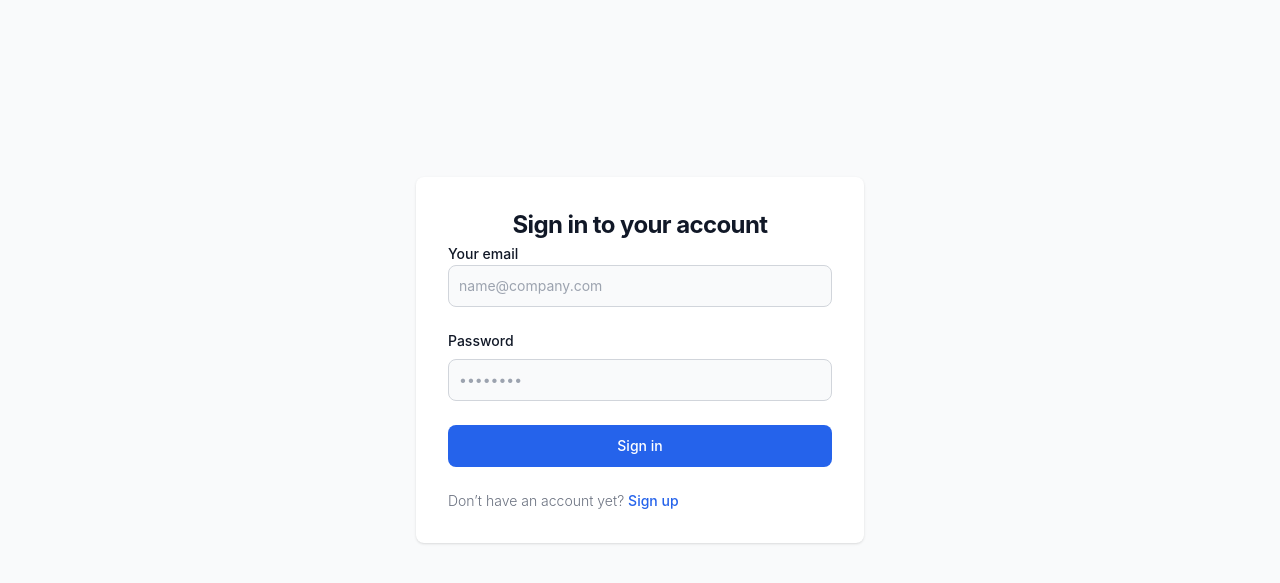
Repository: Than-sothearak/news-today
Page: /login (app in client/)
The author's editor kept a copy of each file at every save. The page is drawn from the files as they stood at one save, then again after the next save.
The browser window is 1280 px wide. The pictures show the whole page.
The project was rebuilt for these pictures with package versions that can differ from the ones it lists, and the page was loaded fresh each time. Also part of the build but not shown: client/vite.config.js, client/data.js, client/src/components/Post.jsx, client/src/components/HeroBanner.jsx, client/src/page/Home.jsx, client/src/page/Register.jsx, client/src/page/Single.jsx, client/src/page/Write.jsx and 3 more.

Above is the page before, as saved 2023-03-05 17:45:35.

### client/index.html
<!DOCTYPE html>
<html lang="en">
  <head>
    <meta charset="UTF-8" />
    <link rel="icon" type="image/svg+xml" href="/vite.svg" />
    <meta name="viewport" content="width=device-width, initial-scale=1.0" />
    <title>News Today</title>
  </head>
  <body>
    <div id="root"></div>
    <script type="module" src="/src/main.jsx"></script>
  </body>
</html>

### client/src/App.jsx
import "./App.css";
import { createBrowserRouter, RouterProvider } from "react-router-dom";
import { Home } from "./page/Home";
import { Login } from "./page/Login";
import { Register } from "./page/Register";
import { Single } from "./page/Single";
import { Write } from "./page/Write";
import Layout from "./components/Layout";


const router = createBrowserRouter([
  {
    path: "/",
    element: <Layout />,
    children: [
      {
        path: "/",
        element:<Home />
      },
      {
        path: "/post/:id",
        element:<Single />
      },
      {
        path: "/write",
        element:<Write />
      },
    ]
  },
  {
    path: "/register",
    element: <Register />,
  },
  {
    path: "/login",
    element: <Login />,
  },
]);
export default function App() {
  return <RouterProvider router={router} />;
}

### client/src/index.css
@tailwind base;
@tailwind components;
@tailwind utilities;
:root {
  font-family: Inter, system-ui, Avenir, Helvetica, Arial, sans-serif;
  line-height: 1.5;
  font-weight: 400;

  color-scheme: light dark;
  color: rgba(255, 255, 255, 0.87);
  background-color: #242424;

  font-synthesis: none;
  text-rendering: optimizeLegibility;
  -webkit-font-smoothing: antialiased;
  -moz-osx-font-smoothing: grayscale;
  -webkit-text-size-adjust: 100%;
}

a {
  font-weight: 500;
  color: #646cff;
  text-decoration: inherit;
}
a:hover {
  color: #535bf2;
}

body {


  min-width: 332px;
  min-height: 100vh;
}

h1 {
  font-size: 3.2em;
  line-height: 1.1;
}

button {
  border-radius: 8px;
  border: 1px solid transparent;
  padding: 0.6em 1.2em;
  font-size: 1em;
  font-weight: 500;
  font-family: inherit;
  background-color: #1a1a1a;
  cursor: pointer;
  transition: border-color 0.25s;
}
button:hover {
  border-color: #646cff;
}
button:focus,
button:focus-visible {
  outline: 4px auto -webkit-focus-ring-color;
}

@media (prefers-color-scheme: light) {
  :root {
    color: #213547;
    background-color: #ffffff;
  }
  a:hover {
    color: #747bff;
  }
  button {
    background-color: #f9f9f9;
  }
}

### client/src/page/Login.jsx
import React from "react";
import { Link } from "react-router-dom";
export const Login = () => {
  return (
    <section className="bg-gray-50 dark:bg-gray-900">
      <div className="flex flex-col items-center justify-center px-6 py-8 mx-auto md:h-screen lg:py-0">
        <div className="w-full bg-white rounded-lg shadow dark:border md:mt-0 sm:max-w-md xl:p-0 dark:bg-gray-800 dark:border-gray-700">
          <div className="p-6 sm:p-8">
            <h1 className="text-xl font-bold leading-tight tracking-tight text-gray-900 md:text-2xl dark:text-white">
              Sign in to your account
            </h1>
            <form className="text-start md:space-y-6" action="#">
              <div>
                <label
                  htmlFor="email"
                  className="text-start text-sm font-medium text-gray-900 dark:text-white"
                >
                  Your email
                </label>
                <input
                  type="email"
                  name="email"
                  id="email"
                  className="bg-gray-50 border border-gray-300 text-gray-900 sm:text-sm rounded-lg focus:ring-primary-600 focus:border-primary-600 block w-full p-2.5 dark:bg-gray-700 dark:border-gray-600 dark:placeholder-gray-400 dark:text-white dark:focus:ring-blue-500 dark:focus:border-blue-500"
                  placeholder="name@company.com"
                  required
                />
              </div>
              <div>
                <label
                  htmlFor="password"
                  className="block mb-2 text-sm font-medium text-gray-900 dark:text-white"
                >
                  Password
                </label>
                <input
                  type="password"
                  name="password"
                  id="password"
                  placeholder="••••••••"
                  className="bg-gray-50 border border-gray-300 text-gray-900 sm:text-sm rounded-lg focus:ring-primary-600 focus:border-primary-600 block w-full p-2.5 dark:bg-gray-700 dark:border-gray-600 dark:placeholder-gray-400 dark:text-white dark:focus:ring-blue-500 dark:focus:border-blue-500"
                  required
                />
              </div>

              <button
                type="submit"
                className="w-full text-white bg-primary-600 hover:bg-primary-700 focus:ring-4 focus:outline-none focus:ring-primary-300 font-medium rounded-lg text-sm px-5 py-2.5 text-center dark:bg-primary-600 dark:hover:bg-primary-700 dark:focus:ring-primary-800"
              >
                Sign in
              </button>
              <p className="text-sm font-light text-gray-500 dark:text-gray-400">
                Don’t have an account yet?{" "}
                <Link
                  to="/register"
                  className="font-medium text-primary-600 hover:underline dark:text-primary-500"
                >
                  Sign up
                </Link>
              </p>
            </form>
          </div>
        </div>
      </div>
    </section>
  );
};

### client/tailwind.config.cjs
/** @type {import('tailwindcss').Config} */
module.exports = {
  content: ["./index.html", "./src/**/*.{js,ts,jsx,tsx}"],
  darkMode: "class",
  theme: {

    extend: {
      colors: {
        primary: {
          50: "#eff6ff",
          100: "#dbeafe",
          200: "#bfdbfe",
          300: "#93c5fd",
          400: "#60a5fa",
          500: "#3b82f6",
          600: "#2563eb",
          700: "#1d4ed8",
          800: "#1e40af",
          900: "#1e3a8a",
        }
      },
      fontFamily: {
        body: [
          "Inter",
          "ui-sans-serif",
          "system-ui",
          "-apple-system",
          "system-ui",
          "Segoe UI",
          "Roboto",
          "Helvetica Neue",
          "Arial",
          "Noto Sans",
          "sans-serif",
          "Apple Color Emoji",
          "Segoe UI Emoji",
          "Segoe UI Symbol",
          "Noto Color Emoji",
        ],
        sans: [
          "Inter",
          "ui-sans-serif",
          "system-ui",
          "-apple-system",
          "system-ui",
          "Segoe UI",
          "Roboto",
          "Helvetica Neue",
          "Arial",
          "Noto Sans",
          "sans-serif",
          "Apple Color Emoji",
          "Segoe UI Emoji",
          "Segoe UI Symbol",
          "Noto Color Emoji",
        ],
      },
    },
  },

  plugins: [],
};

Loaded but not shown: client/src/main.jsx (common file); client/src/App.css (common file)

After the next save:
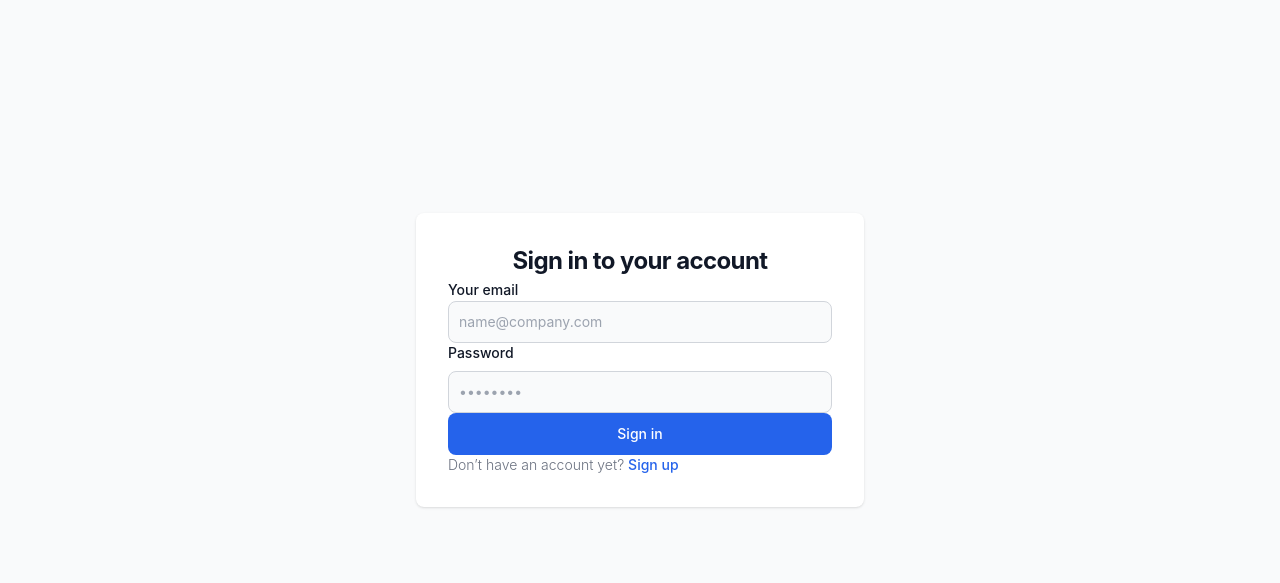
Saved 5 s later.
--- a/client/src/page/Login.jsx
+++ b/client/src/page/Login.jsx
@@ -9,7 +9,7 @@ export const Login = () => {
             <h1 className="text-xl font-bold leading-tight tracking-tight text-gray-900 md:text-2xl dark:text-white">
               Sign in to your account
             </h1>
-            <form className="text-start md:space-y-6" action="#">
+            <form className="text-start" action="#">
               <div>
                 <label
                   htmlFor="email"
